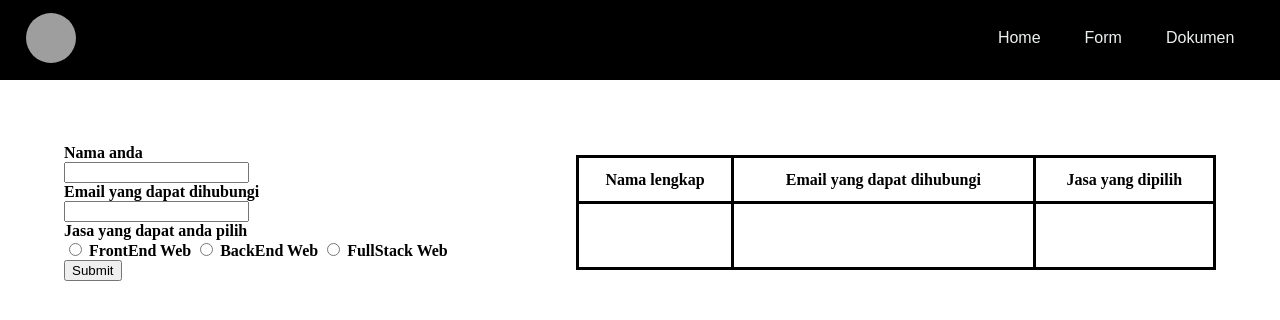
Repository: zecht12/TimModul
Page: TimModul.html
These files come from the project's save history. The page is drawn as it stood at one moment and after the next save; the edit follows.
The browser window is 1280 px wide. The pictures show the whole page.
Pictures or frames that could not be fetched are drawn as grey boxes.

Above is the page before, as saved 2023-03-14 13:31:52.

### TimModul.html
<!DOCTYPE html>
<html lang="en">
<head>
    <meta charset="UTF-8">
    <meta http-equiv="X-UA-Compatible" content="IE=edge">
    <meta name="viewport" content="width=device-width, initial-scale=1.0">
    <link rel="stylesheet" href="style.css">
    <title>Jasa Coding</title>
</head>
<body>
    <div style="height: 80px; width: 100%; background-color: black;">
        <header>
            <img src="./assets/wallpaper.jpg" alt="Image" style="height: 50px; width: 50px; border-radius: 100%;" >
            <ul class="nav_links">
                <li><a href="#">Home</a></li>
                <li><a href="#">Form</a></li>
                <li><a href="#">Dokumen</a></li>
            </ul>
        </headers>
    </div>
    <div class="forms">
        <form>
            <label for="Nama" class="Labelnama">Nama anda</label><br>
            <input type="text" id="Nama" name="Nama" class="Nama"><br>

            <label for="Email" class="Labelemail">Email yang dapat dihubungi</label><br>
            <input type="text" id="Email" name="Email" class="Email"><br>

            <label for="Pilihan" class="Pilihan">Jasa yang dapat anda pilih</label><br>
            <input type="radio" id="FrontEnd" name="fav_language" value="FrontEnd">
            <label for="FrontEnd">FrontEnd Web</label>

            <input type="radio" id="BackEnd" name="fav_language" value="BackEnd">
            <label for="BackEnd">BackEnd Web</label>

            <input type="radio" id="FullStack" name="fav_language" value="FullStack">
            <label for="FullStack">FullStack Web</label><br>

            <input type="submit" value="Submit">
        </form>
        <table style="width: 50%; border-collapse: collapse;">
            <tr>
                <th>Nama lengkap</th>
                <th>Email yang dapat dihubungi</th>
                <th>Jasa yang dipilih</th>
            </tr>
            <tr>
                <td></td>
                <td></td>
                <td></td>
            </tr>
        </table>
    </div>
</body>
</html>

### style.css
body{
    height: auto;
    width: 100%;
    margin: auto;
    padding: auto;
}
header{
    display: flex;
    align-items: center;
    justify-content: space-between;
    padding-left: 2%;
    padding-right: 2%;
    padding-top: 1%;
}
li, a, button{
    font-family: "Montserrat", sans-serif;
    font-size: 16px;
    color: #edf0f1;
    text-decoration: none;
}
.nav_links{
    list-style: none;
}
.nav_links li{
    display: inline-block;
    padding: 0px 20px;
}
.nav_links li a:hover{
    color: #0088a9;
}
.forms{
    height: auto;
    width: 100%;
    display: flex;
    justify-content: space-around;
    align-items: center;
    padding-top: 5%;
}
th{
    height: 30px;
    text-align: center;
    color: black;
    font: bold;
    border-style:solid;
    border-color: black;
    padding: 1%;
}
td{padding: 1%;
    height: 50px;
    text-align: center;
    color: black;
    border-style:solid;
    border-color: black;
}
label {
    color: black;
    font-weight: bold;
}
input:hover{
    border: blue;
}

After the next save:
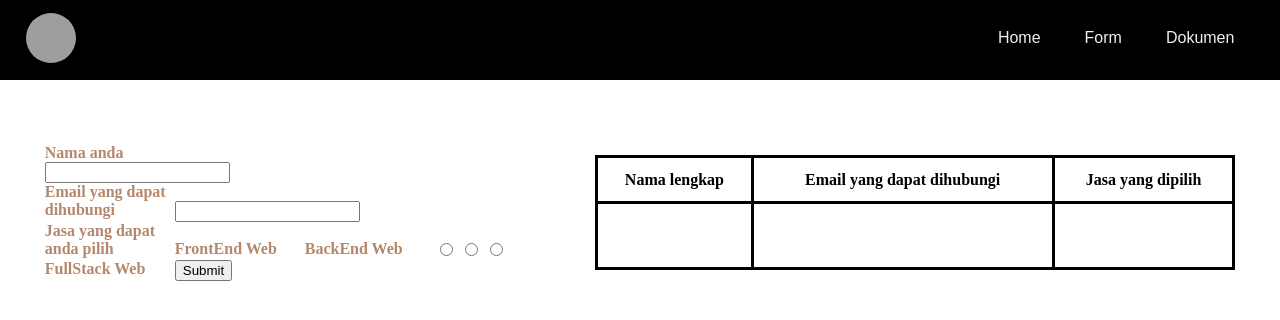
Saved 31 s later.
--- a/style.css
+++ b/style.css
@@ -53,9 +53,12 @@ td{padding: 1%;
     border-color: black;
 }
 label {
-    color: black;
+    color: #B4886B;
     font-weight: bold;
-}
+    width: 130px;
+    float: left;
+
+  }
 input:hover{
     border: blue;
 }
